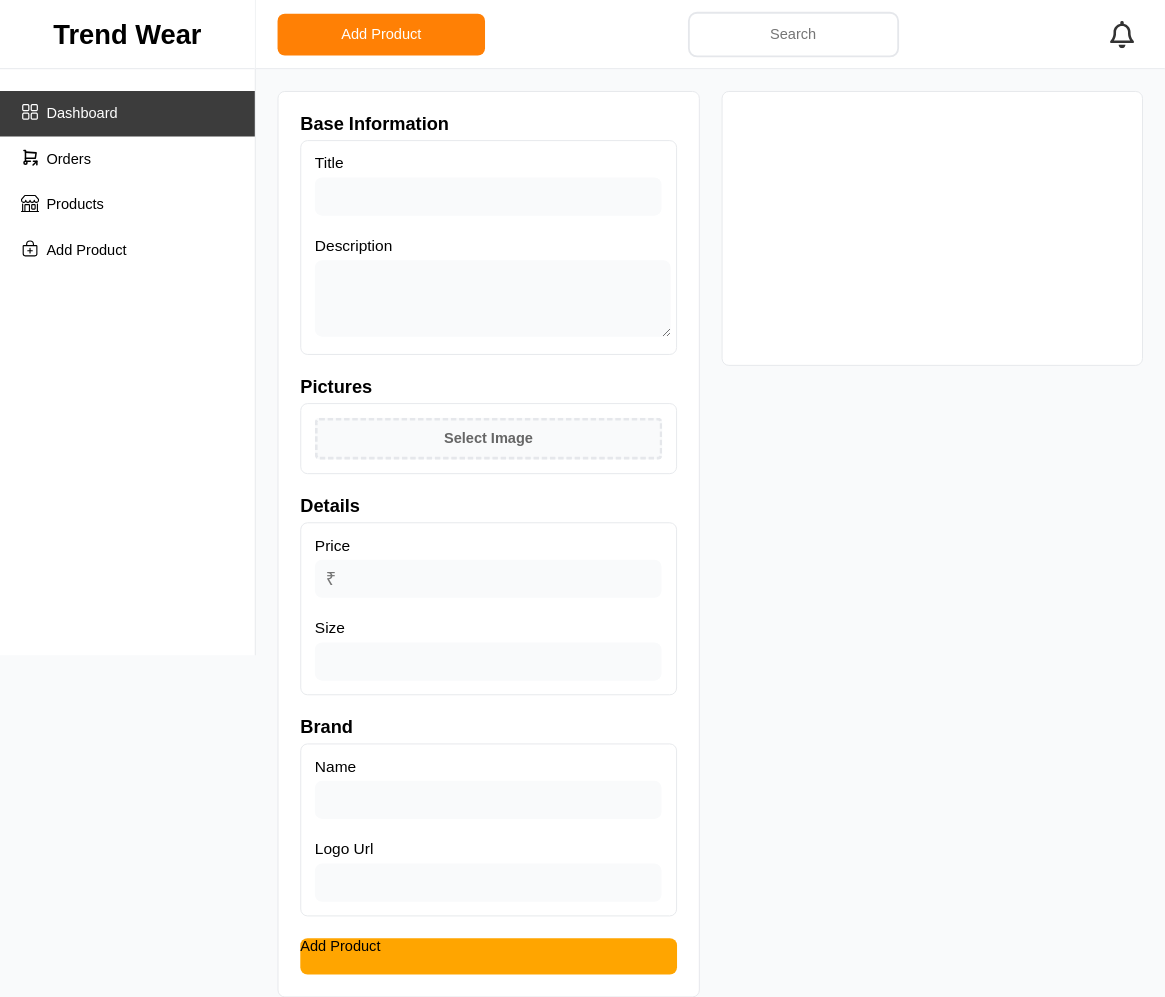
Repository: ahmad-dev7/TrendWear
Page: / (app in trend_wear_dashboard/)
These files come from the project's save history. The page is drawn as it stood at one moment and after the next save; the edit follows.
The browser window is 1280 px wide. The pictures show the whole page, at 91% of full size.
The project was rebuilt for these pictures with package versions that can differ from the ones it lists, and the page was loaded fresh each time. Also part of the build but not shown: trend_wear_dashboard/vite.config.ts.

Above is the page before, as saved 2025-01-20 12:09:26.

### trend_wear_dashboard/index.html
<!doctype html>
<html lang="en">

<head>
  <meta charset="UTF-8" />
  <link rel="icon" type="image/svg+xml" href="/vite.svg" />
  <meta name="viewport" content="width=device-width, initial-scale=1.0" />
  <title>Trend Wear</title>
</head>

<body>
  <div id="root"></div>
  <script type="module" src="/src/main.tsx"></script>
</body>

</html>

### trend_wear_dashboard/src/main.tsx
import { StrictMode } from "react";
import { createRoot } from "react-dom/client";
//import "bootstrap/dist/css/bootstrap.css";
import "./App.css";
import App from "./App.tsx";

createRoot(document.getElementById("root")!).render(
  <StrictMode>
    <App />
  </StrictMode>
);

### trend_wear_dashboard/src/App.css
body {
    background-color: #F9FAFB;
    padding: 0;
    margin: 0;
    border-color: #e5e7eb;
    font-family: Arial, Helvetica, sans-serif;

}

#parent {
    display: flex;
}

### trend_wear_dashboard/src/App.tsx
import { useState } from "react";
import Body from "./Components/Body/Body";
import Navbar from "./Components/Navbar/Navbar";
import Sidebar from "./Components/Sidebar/Sidebar";
import AddProducts from "./Components/AddProduct/AddProduct";
//import Dashboard from "./Components/Dashboard/Dashboard";

function App() {
  const [body, setBody] = useState("Dashboard");

  console.log(body);

  return (
    <div id="parent">
      <Sidebar onSelectTab={setBody} />
      <div style={{ flex: 1 }}>
        <Navbar />
        <Body>
          <AddProducts />
        </Body>
      </div>
    </div>
  );
}

export default App;

### trend_wear_dashboard/src/Components/Body/Body.tsx
// Body.tsx
import "./Body.css";

interface Props {
  children: React.ReactNode;
}

const Body = ({ children }: Props) => {
  return <div id="body-content">{children}</div>;
};

export default Body;

### trend_wear_dashboard/src/Components/Navbar/Navbar.tsx
import "./Navbar.css";
import { FaRegBell } from "react-icons/fa6";

const Navbar = () => {
  return (
    <div>
      <div id="top-navbar">
        <div className="nav-item add-product-button">Add Product</div>
        <input className="nav-item" placeholder="Search" type="text" />
        <FaRegBell className="nav-item icon"></FaRegBell>
      </div>
    </div>
  );
};

export default Navbar;

### trend_wear_dashboard/src/Components/Sidebar/Sidebar.tsx
import "./Sidebar.css";
import { RxDashboard } from "react-icons/rx";
import { TbShoppingCartShare } from "react-icons/tb";
import { BsShop } from "react-icons/bs";
import { IoBagAddOutline } from "react-icons/io5";
import { useState } from "react";

interface Props {
  onSelectTab: (tab: string) => void;
}

interface Tabs {
  icon: JSX.Element;
  label: string;
}

const Sidebar = ({ onSelectTab }: Props) => {
  const tabs: Tabs[] = [
    { label: "Dashboard", icon: <RxDashboard size={20} /> },
    { label: "Orders", icon: <TbShoppingCartShare size={20} /> },
    { label: "Products", icon: <BsShop size={20} /> },
    { label: "Add Product", icon: <IoBagAddOutline size={20} /> },
  ];

  const [active, setTab] = useState("Dashboard");

  return (
    <div id="layout">
      <div id="sidebar">
        <div className="header">Trend Wear</div>
        <ul id="sidebar-content">
          {tabs.map((tab) => (
            <li
              key={tab.label}
              className={"tab " + (tab.label == active && "active")}
              onClick={() => {
                setTab(tab.label);
                onSelectTab(tab.label);
              }}
            >
              <div className="icon">{tab.icon}</div>
              <div className="label">{tab.label}</div>
            </li>
          ))}
        </ul>
      </div>
    </div>
  );
};

export default Sidebar;

### trend_wear_dashboard/src/Components/AddProduct/AddProduct.tsx
import "./AddProduct.css";
import ProductDetails from "./ProductDetails";
import ProductPreview from "./ProductPreview";
const AddProduct = () => {
  return (
    <div className="parent">
      <div className="child details-container">
        <ProductDetails />
      </div>

      <div className="child preview-container">
        <ProductPreview />
      </div>
    </div>
  );
};

export default AddProduct;

### trend_wear_dashboard/src/Components/Body/Body.css
#body-content {
    display: flex;
    flex-direction: column;
    margin: 24px;
    height: 100vh;
    width: calc(100% - 48px);
    box-sizing: border-box;
}

### trend_wear_dashboard/src/Components/Navbar/Navbar.css
#top-navbar {
    display: flex;
    justify-content: space-between;
    align-items: center;
    /* padding: 0 24px; */
    background-color: white;
    height: 75px;
    width: 100%;
    border-bottom: 1px solid #e5e7eb;
}

.nav-item {
    font-size: 16px;
    color: #333;
    text-align: center;
    width: 200px;
    border-radius: 8px;
    padding: 14px;
    text-decoration: none;
}

.add-product-button {
    color: white;
    margin-left: 24px;
    background-color: #ff8005;
}

#top-navbar input {
    border: none;
    outline: 2px solid #e5e7eb;
    flex-grow: 1;
    max-width: 200px;
}

#top-navbar .icon {
    height: 30px;
    width: 30px;
    margin-right: 24px;
}

### trend_wear_dashboard/src/Components/Sidebar/Sidebar.css
/* Sidebar.css */
#sidebar {
    background-color: white;
    width: 280px;
    height: 100vh;
    border-right: 1px solid #e5e7eb;
}

#sidebar .header {
    display: flex;
    justify-content: center;
    align-items: center;
    height: 75px;
    font-size: 30px;
    font-weight: bold;
    background-color: white;
    text-align: center;
    border-bottom: 1px solid #e5e7eb;
}

#sidebar-content {
    list-style-type: none;
    margin-top: 24px;
    padding: 0;
    cursor: pointer;
}

#sidebar-content .tab {
    height: 50px;
    color: black;
    display: flex;
    align-items: center;
    padding-left: 15px;
}

.icon {
    padding: 8px;
}

#sidebar-content .active {
    background-color: #3c3c3c;
    color: white;
}

#sidebar-content .tab:hover:not(.active) {
    background-color: #e5e7eb;
}

### trend_wear_dashboard/src/Components/AddProduct/AddProduct.css
/* AddProduct.css */
.parent {
    display: flex;
    width: 100%;
    gap: 24px;
    box-sizing: border-box;
}

.child {
    flex: 1;
    text-align: center;
    background-color: white;
    border: 1px solid #e5e7eb;
    border-radius: 8px;
}

.preview-container {
    height: 300px;
}

#submit-product-button {
    height: 40px;
    background-color: orange;
    border-radius: 8px;
}

### trend_wear_dashboard/src/Components/AddProduct/ProductDetails.tsx
import "./ProductDetails.css";
import Spacer from "../../Constants/Spacer";
import DetailsSectionContainer from "../../Constants/ProductDetailSection/DetailsSectionContainer";
import LabeledInputField from "../../Constants/LabeledInputField/LabeledInputField";
import LabeledTextArea from "../../Constants/LabeledInputField/LabeledTextarea";
import AddImage from "../../Constants/AddImage/AddImage";

const ProductDetails = () => {
  return (
    <>
      <div className="product-detail-container">
        <DetailsSectionContainer heading="Base Information">
          <LabeledInputField>Title</LabeledInputField>
          <Spacer height="24px" />
          <LabeledTextArea>Description</LabeledTextArea>
        </DetailsSectionContainer>
        <Spacer height="24px" />

        <DetailsSectionContainer heading="Pictures">
          <AddImage />
        </DetailsSectionContainer>
        <Spacer height="24px" />
        <DetailsSectionContainer heading="Details">
          <LabeledInputField placeHolder="₹">Price</LabeledInputField>
          <Spacer height="24px" />
          <LabeledInputField>Size</LabeledInputField>
        </DetailsSectionContainer>

        <Spacer height="24px" />
        <DetailsSectionContainer heading="Brand">
          <LabeledInputField>Name</LabeledInputField>
          <Spacer height="24px" />
          <LabeledInputField>Logo Url</LabeledInputField>
        </DetailsSectionContainer>
        <Spacer height="24px" />
        <div id="submit-product-button">Add Product</div>
      </div>
    </>
  );
};

export default ProductDetails;

### trend_wear_dashboard/src/Components/AddProduct/ProductPreview.tsx
const ProductPreview = () => {
  return <div> </div>;
};

export default ProductPreview;

### trend_wear_dashboard/src/Components/AddProduct/ProductDetails.css
.product-detail-container {
    margin: 0px;
    padding: 24px;
    text-align: start;
}

/* Parent container to hold the items in a row */
.picture-container-parent {
    display: flex;
    /* Enable flexbox */
    justify-content: space-between;
    /* Optional: space between items, adjust as needed */
    gap: 16px;
    /* Optional: adds space between items */
}

/* Style for each img-container */
.img-container {
    flex: 1;
    /* Adjust width as needed */
    height: 100px;
    /* Adjust height as needed */
    background-color: #e5e7eb;
    /* Optional: background color */
    border-radius: 8px;
    display: flex;
    align-items: center;
    text-align: center;
    justify-content: center;
}

.picture-container-parent .add-more {
    border: dashed 2px #e5e7eb;

}

### trend_wear_dashboard/src/Constants/Spacer.tsx
interface Props {
  height?: string;
  width?: string;
}

const Spacer = ({ height = "0px", width = "0px" }: Props) => {
  return <div style={{ height: height, width: width }}></div>;
};

export default Spacer;

### trend_wear_dashboard/src/Constants/ProductDetailSection/DetailsSectionContainer.tsx
import "./ProductDetailSection.css";

interface Props {
  children: React.ReactNode;
  heading: string;
}

const DetailsSectionContainer = ({ children, heading }: Props) => {
  return (
    <>
      <p id="details-section-container-heading">{heading}</p>
      <div id="details-section-container">{children}</div>
    </>
  );
};

export default DetailsSectionContainer;

### trend_wear_dashboard/src/Constants/LabeledInputField/LabeledInputField.tsx
import "./LabeledInputField.css";
interface Props {
  children: React.ReactNode;
  placeHolder?: string;
}

const LabeledInputField = ({ placeHolder, children }: Props) => {
  return (
    <>
      <p id="input-field-label">{children}</p>

      <input placeholder={placeHolder} id="input-field" type="text" />
    </>
  );
};

export default LabeledInputField;

### trend_wear_dashboard/src/Constants/LabeledInputField/LabeledTextarea.tsx
interface Props {
  children: React.ReactNode;
}

const LabeledTextArea = ({ children }: Props) => {
  return (
    <>
      <p id="input-field-label">{children}</p>
      <textarea id="input-field-textarea" />
    </>
  );
};

export default LabeledTextArea;

### trend_wear_dashboard/src/Constants/AddImage/AddImage.tsx
import React, { useState } from "react";

interface ImagePreview {
  id: string;
  url: string;
}

const AddImage: React.FC = () => {
  const [images, setImages] = useState<ImagePreview[]>([]);

  const handleImageChange = (e: React.ChangeEvent<HTMLInputElement>) => {
    const files = e.target.files;
    if (!files) return;

    const newImages: ImagePreview[] = Array.from(files).map((file) => ({
      id: URL.createObjectURL(file), // Temporary unique identifier
      url: URL.createObjectURL(file),
    }));

    setImages((prevImages) => [...prevImages, ...newImages]);
  };

  const handleRemoveImage = (id: string) => {
    setImages((prevImages) => prevImages.filter((image) => image.id !== id));
  };

  return (
    <div className="picture-container-parent" style={styles.parent}>
      {images.map((image) => (
        <div key={image.id} style={styles.previewContainer}>
          <img src={image.url} alt="preview" style={styles.imagePreview} />
          <button
            onClick={() => handleRemoveImage(image.id)}
            style={styles.removeButton}
          >
            ✕
          </button>
        </div>
      ))}
      <div style={styles.inputContainer}>
        <label style={styles.inputLabel}>
          Select Image
          <input
            type="file"
            accept="image/*"
            multiple
            onChange={handleImageChange}
            style={styles.input}
          />
        </label>
      </div>
    </div>
  );
};

const styles = {
  parent: {
    display: "flex",
    flexWrap: "wrap",
    gap: "10px", // Gap between the items
    alignItems: "center",
    justifyContent: "flex-start", // Align items to the start of the row
  },
  inputContainer: {
    width: "100%",
    height: "40px",
    backgroundColor: "#F9FAFB",
    border: "3px dashed #e5e7eb",
    borderRadius: "5px",
    display: "flex",
    justifyContent: "center",
    alignItems: "center",
    cursor: "pointer",
    position: "relative",
  },
  inputLabel: {
    width: "100%",
    height: "100%",
    display: "flex",
    justifyContent: "center",
    alignItems: "center",
    color: "#666",
    fontWeight: "bold",
  },
  input: {
    position: "absolute",
    opacity: 0,
    width: "100%",
    height: "100%",
    cursor: "pointer",
  },
  previewContainer: {
    position: "relative",
    width: "90px",
    height: "50px",
  },
  imagePreview: {
    width: "100%",
    height: "100%",
    objectFit: "cover",
    borderRadius: "5px",
    border: "1px solid #ccc",
  },
  removeButton: {
    position: "absolute",
    top: "-5px",
    right: "-5px",
    background: "#f00",
    color: "#fff",
    border: "none",
    borderRadius: "50%",
    width: "20px",
    height: "20px",
    cursor: "pointer",
    fontSize: "12px",
    display: "flex",
    justifyContent: "center",
    alignItems: "center",
  },
} as const;

export default AddImage;

### trend_wear_dashboard/src/Constants/ProductDetailSection/ProductDetailSection.css
#details-section-container-heading {
    margin: 0px;
    margin-bottom: 6px;
    font-size: 20px;
    font-weight: 700;
}

#details-section-container {
    border: 1px solid #e5e7eb;
    padding: 15px;
    background-color: white;
    border-radius: 8px;
}

### trend_wear_dashboard/src/Constants/LabeledInputField/LabeledInputField.css
#input-field-label {
    margin: 0px;
    font-size: 17px;
    font-weight: 500;
    margin-bottom: 5px;
}

#input-field,
#input-field-textarea {
    border: none;
    outline: none;
    width: calc(100% - 15px);
    height: 40px;
    font-size: 20px;
    border-radius: 8px;
    padding-left: 12px;
    background-color: #F9FAFB;
}

#input-field-textarea {
    height: 60px;
    padding: 12px;
}

After the next save:
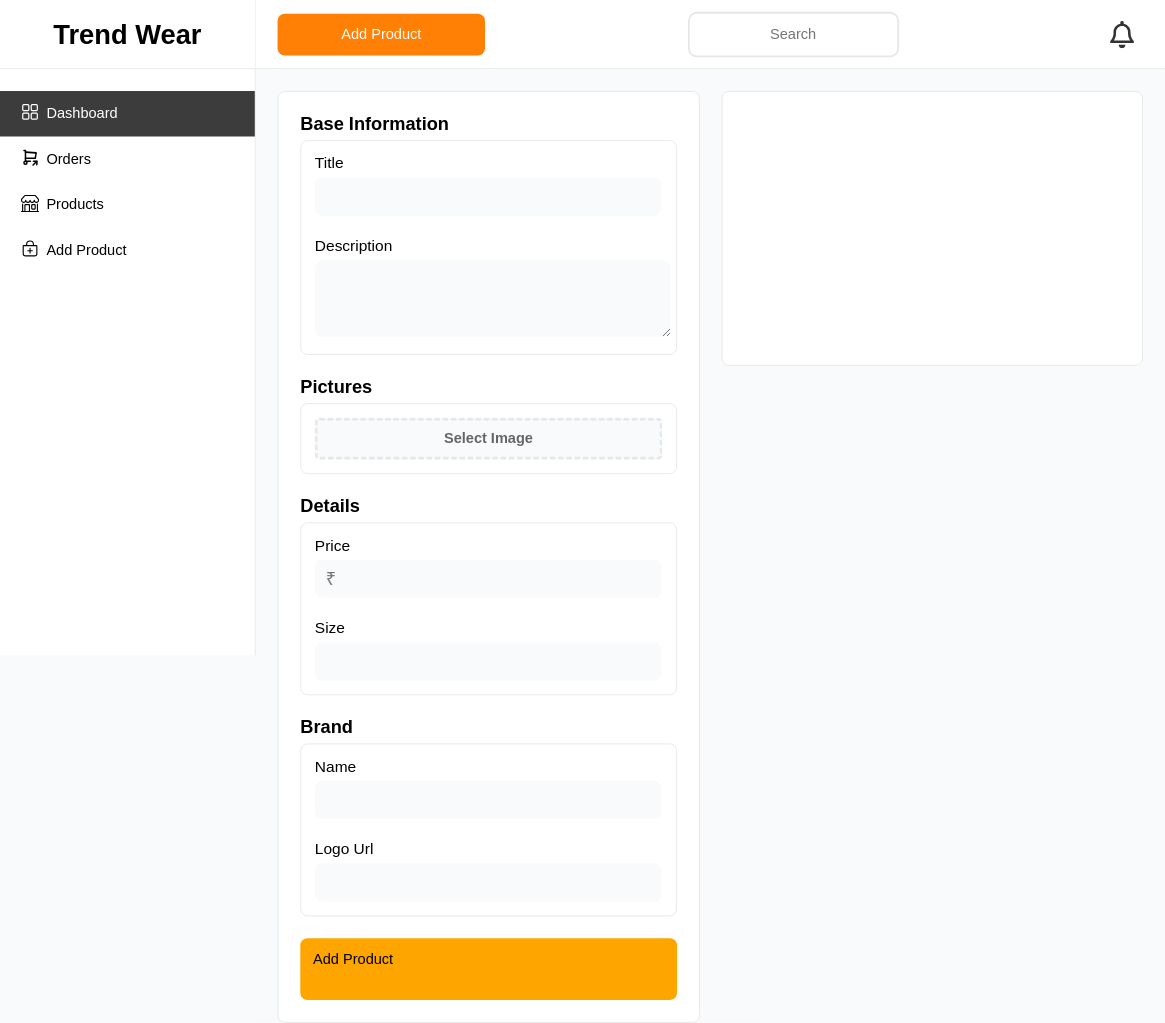
Saved 17 s later.
--- a/trend_wear_dashboard/src/Components/AddProduct/AddProduct.css
+++ b/trend_wear_dashboard/src/Components/AddProduct/AddProduct.css
@@ -20,6 +20,7 @@
 
 #submit-product-button {
     height: 40px;
+    padding: 14px;
     background-color: orange;
     border-radius: 8px;
 }
